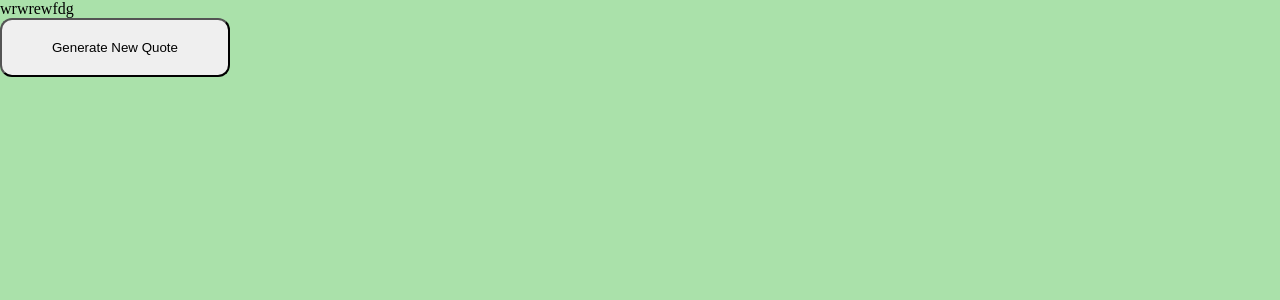
Repository: cakuang1/kanyequotes
Page: /
These files come from the project's save history. The page is drawn as it stood at one moment and after a run of saves; the edit follows.
The browser window is 1280 px wide. The pictures show the whole page.
The page's requests for data from a server got no answer. The project was rebuilt for these pictures with package versions that can differ from the ones it lists, and the page was loaded fresh each time. No one was signed in, and anything a server would have sent is missing.

Above is the page before, as saved 2022-07-18 00:31:24.

After the next 3 saves:
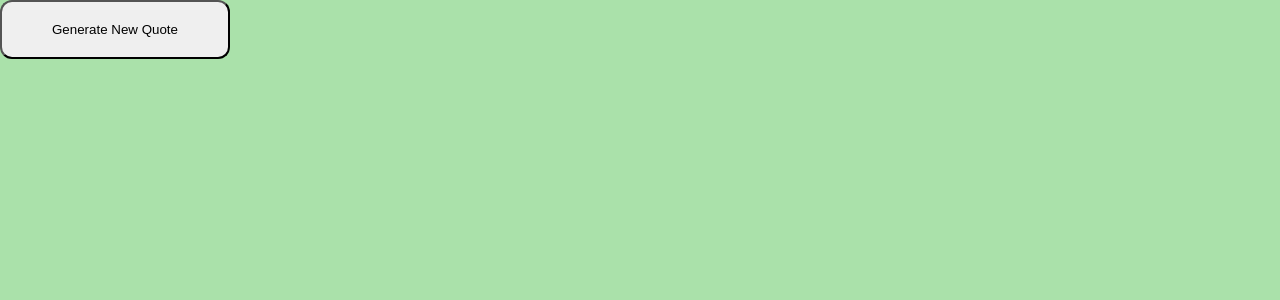
The 3 saves are shown as one change because they came seconds apart.
The last was saved 23 min 44 s later.
--- a/src/App.js
+++ b/src/App.js
@@ -8,8 +8,8 @@
 
 function App() {
 
-  const [text,setText] = useState("wrwrewfdg");
-
+  const [text,setText] = useState("");
+  axios.get(url).then()
 
 
   return (
